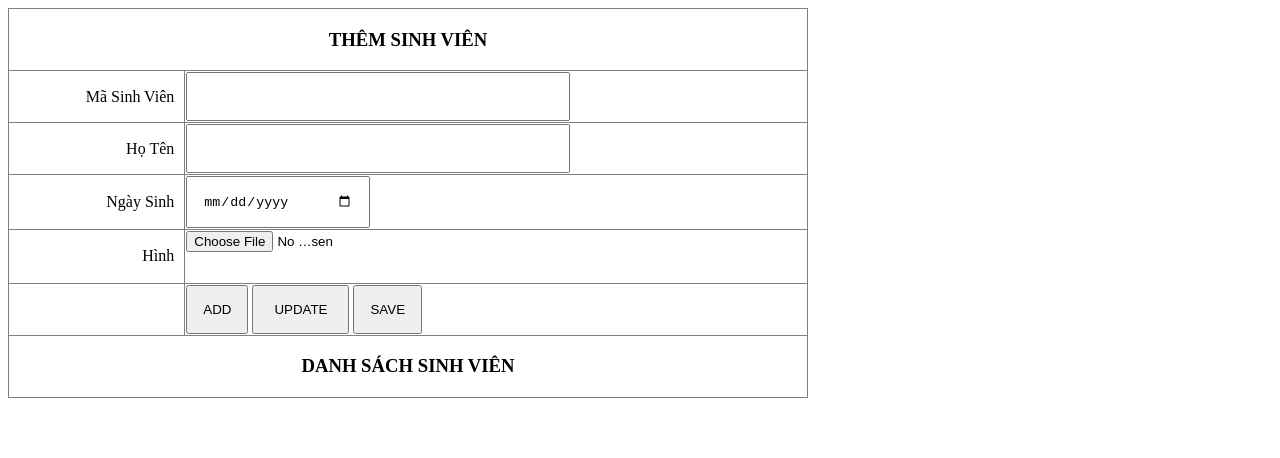
Repository: Tan-Khang21/TH_TKW--Buoi_04
Page: Bai_Tap_Mau/Bai_04/Bai_04.html
These files come from the project's save history. The page is drawn as it stood at one moment and after the next save; the edit follows.
The browser window is 1280 px wide. The pictures show the whole page.

Above is the page before, as saved 2024-03-06 10:00:12.

After the next save:
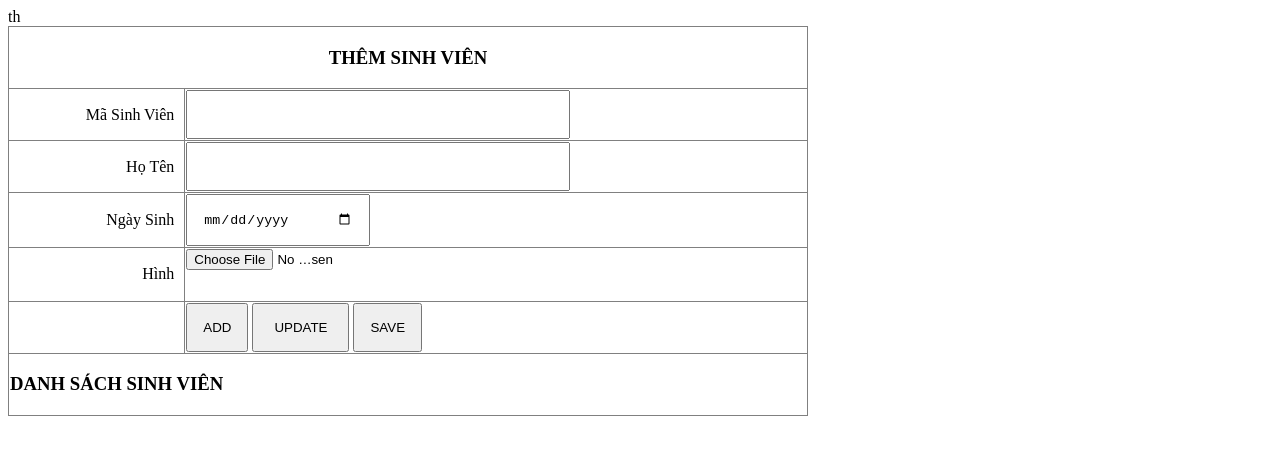
Saved 54 s later.
--- a/Bai_Tap_Mau/Bai_04/Bai_04.html
+++ b/Bai_Tap_Mau/Bai_04/Bai_04.html
@@ -33,7 +33,10 @@
             <input type="button" value="SAVE" style=" padding: 15px;"></td>
         </tr>
         <tr>
-            <th colspan="3" ><h3 style="text-transform: uppercase;">Danh Sách Sinh Viên</h3></th>
+            <td colspan="3" ><h3 style="text-transform: uppercase;">Danh Sách Sinh Viên</h3></td>
+        </tr>
+        <tr>
+            th
         </tr>
     </table>
 </body>

After the save that followed:
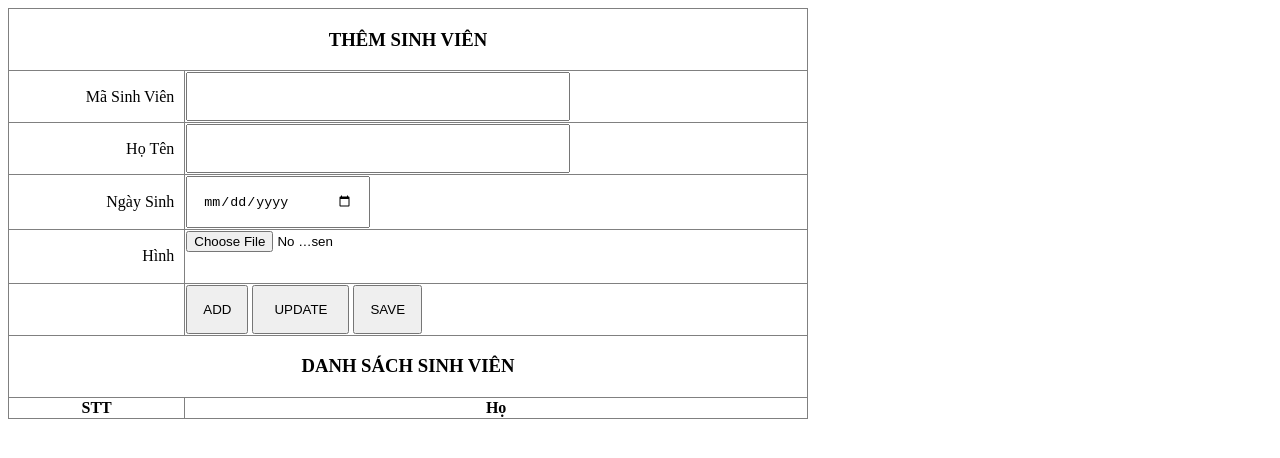
Saved 30 s later.
--- a/Bai_Tap_Mau/Bai_04/Bai_04.html
+++ b/Bai_Tap_Mau/Bai_04/Bai_04.html
@@ -33,10 +33,11 @@
             <input type="button" value="SAVE" style=" padding: 15px;"></td>
         </tr>
         <tr>
-            <td colspan="3" ><h3 style="text-transform: uppercase;">Danh Sách Sinh Viên</h3></td>
+            <th colspan="3" ><h3 style="text-transform: uppercase;">Danh Sách Sinh Viên</h3></th>
         </tr>
         <tr>
-            th
+            <th>STT</th>
+            <th>Họ</th>
         </tr>
     </table>
 </body>
